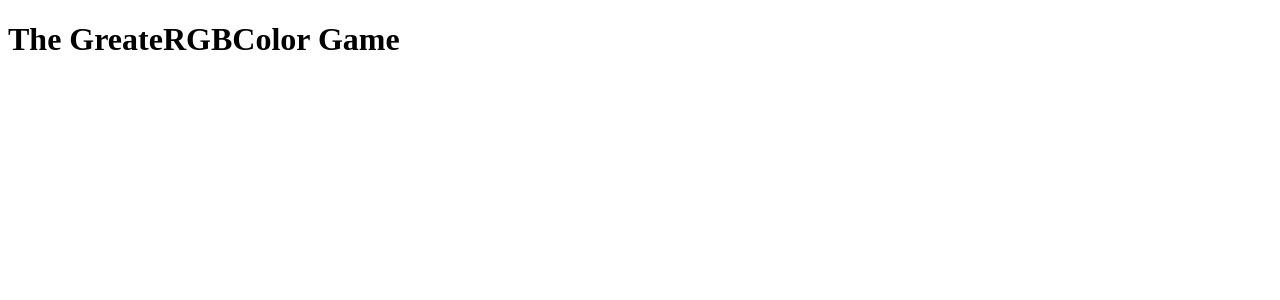
Repository: EEOOOO/javascript-projects
Page: Sol_rgbColorGameApp/index.html
The author's editor kept a copy of each file at every save. The page is drawn from the files as they stood at one save, then again after the next save.
The browser window is 1280 px wide. The pictures show the whole page.

Above is the page before, as saved 2022-07-19 17:31:44.

After the next save:
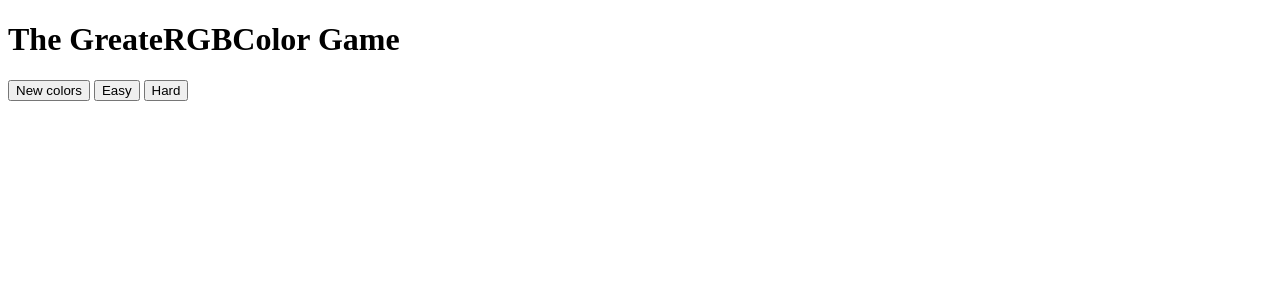
Saved 76 s later.
--- a/Sol_rgbColorGameApp/index.html
+++ b/Sol_rgbColorGameApp/index.html
@@ -10,5 +10,11 @@
     </head>
     <body>
         <h1>The Greate<span class="color-display">RGB</span>Color Game</h1>
+        <div class="stipre">
+            <button class="reset">New colors</button>
+            <span class="message"></span>
+            <button class="mode">Easy</button>
+            <button class="mode selected">Hard</button>
+        </div>
     </body>
 </html>
